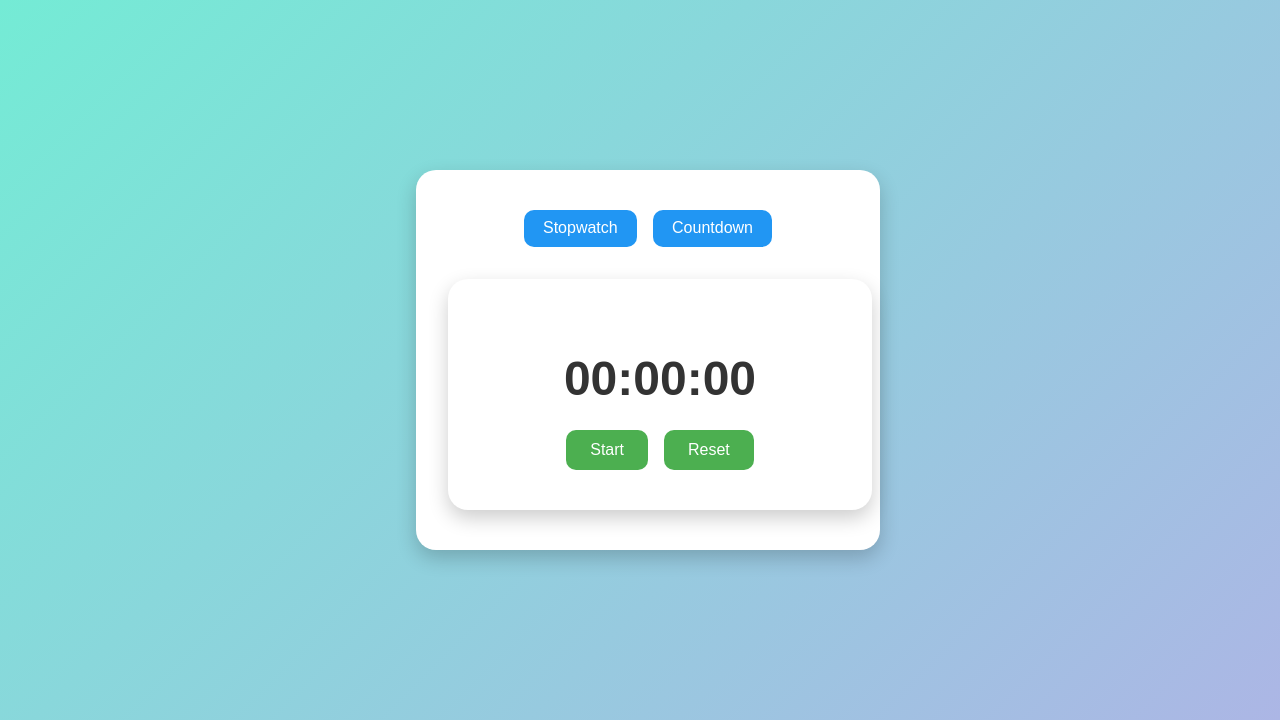
Repository: Denis793/Timer
Page: /
An editor plug-in stored every save of this project. The page is shown before and after the next save, followed by the edit.
The browser window is 1280 px wide. The pictures show the whole page.
The project was rebuilt for these pictures with package versions that can differ from the ones it lists, and the page was loaded fresh each time. Also part of the build but not shown: vite.config.js, src/hooks/useCountdown.jsx, src/components/Countdown.jsx. Imported but missing from the stored project, and not drawn on this page: src/assets/alarm.mp3.

Above is the page before, as saved 2025-05-14 08:30:24.

After the next save:
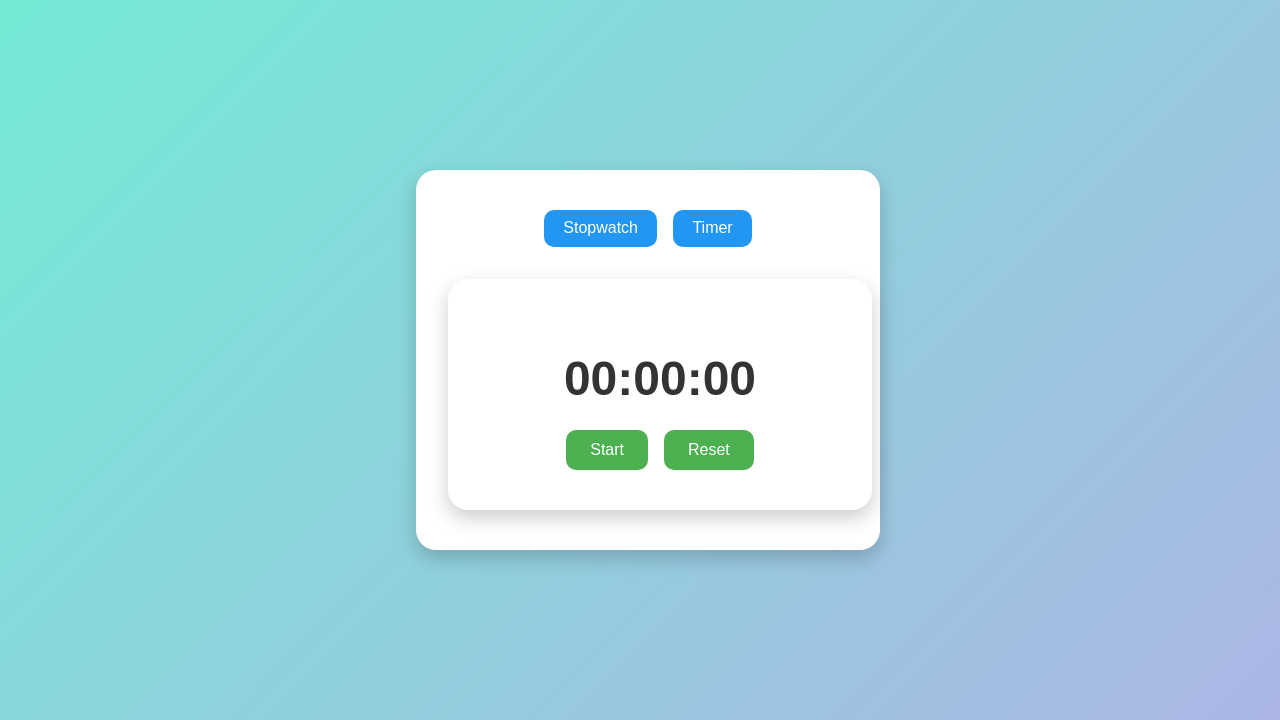
Saved 106 s later.
--- a/src/components/TimerApp.jsx
+++ b/src/components/TimerApp.jsx
@@ -9,7 +9,7 @@ const TimerApp = () => {
     <div className="timer-container">
       <div className="mode-switch">
         <button onClick={() => setMode('stopwatch')}>Stopwatch</button>
-        <button onClick={() => setMode('countdown')}>Countdown</button>
+        <button onClick={() => setMode('countdown')}>Timer</button>
       </div>
       {mode === 'stopwatch' ? <Stopwatch /> : <Countdown />}
     </div>
